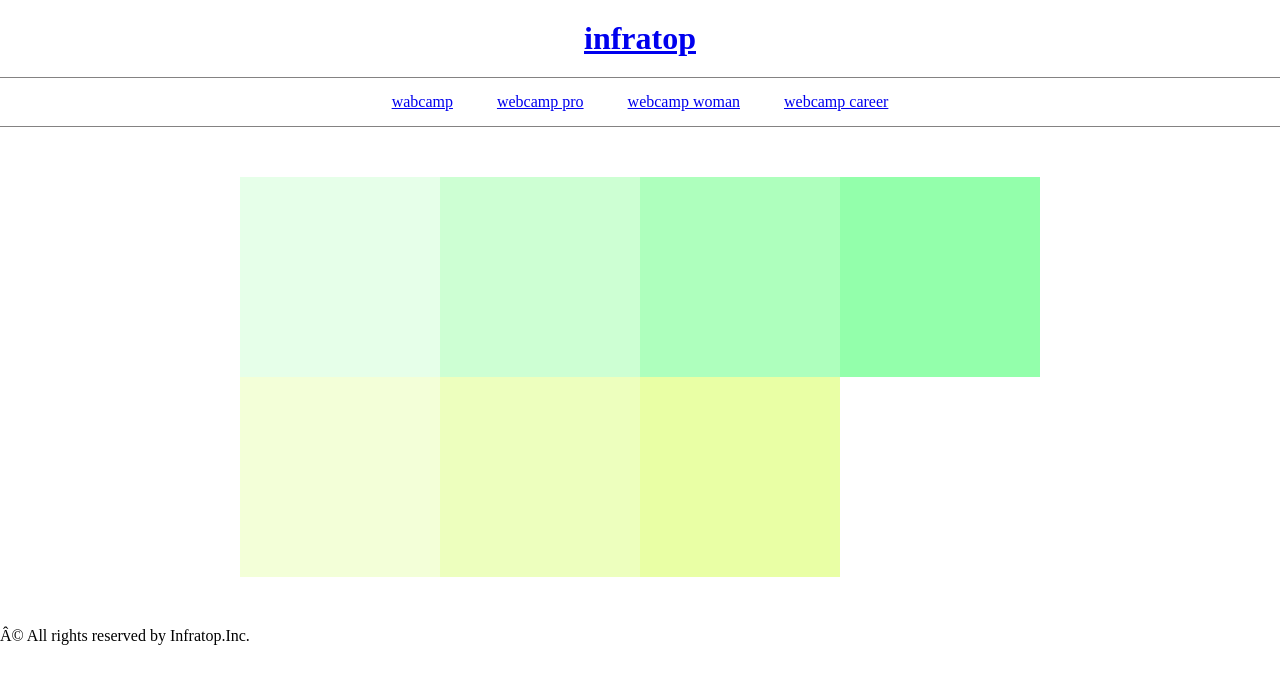
Repository: dsjanainoyo/html
Page: capter5.exercise/capter5.exercise.html
The author's editor kept a record of every edit. The page is drawn from the files as they stood at one moment, then again after the next edit.
The browser window is 1280 px wide. The pictures show the whole page.

Above is the page before.

### capter5.exercise/capter5.exercise.html
<!DOCTYPE html>
<html lang="ja">
  <head>
    <meta charset="UTF=8">
    <link rel="stylesheet" href="capter5.exercise.css">
    <title>CAPTER5</title>
  </head>

  <body>
    <header>
      <h1>
        <a href="capter5.exercise.html">
          infratop
        </a>
      </h1>
      </header>
    <nav>
      <ul class="nav-list">
        <li class="nav-list-item">
          <a href="capter5.exercise.htm">
          wabcamp
          </a>
        </li>
         <li class="nav-list-item">
         <a href="capter5.exercise.htm">
          webcamp pro
          </a>
        </li>
         <li class="nav-list-item">
          <a href="capter5.exercise.htm">
          webcamp woman
          </a>
          </li>
         <li class="nav-list-item">
          <a href="capter5.exercise.htm">
          webcamp career
          </a>
        </li>
     </ul>
    </nav>


    <main>
      <div class="box1"></div>
      <div class="box2"></div>
      <div class="box3"></div>
      <div class="box4"></div>
      <div class="box5"></div>
      <div class="box6"></div>
      <div class="box7"></div>
      <div class="box8"></div>
      <div class="box9"></div>
      <div class="box10"></div>
      <div class="box11"></div>
      <div class="box12"></div>
    </main>

    <footer>
      <div="footer-text">
        © All rights reserved by Infratop.Inc.
      </div>
    </footer>
  </body>

### capter5.exercise/capter5.exercise.css
*{
  margin:0;
  padding:0;
  box-sizing:border-box;
}

header{
  width:100%;
  margin:20px 0;
  text-align:center;
}

.nav-list{
  margin:0 auto;
  padding:15px 0;
  text-align:center;
  border-top:1px solid #848282;
  border-bottom:1px solid #848282;
}

.nav-list-item{
  list-style:none;
  margin:0 20px;
  display:inline-block;

}

main{
  width:800px;
  margin:50px auto;
  display:flex;
  flex-wrap:wrap;
}

.box1{
  width:200px;
  height:200px;
  background-color:#e6ffe9;
}

.box2{
  width:200px;
  height:200px;
  background-color:#cdffd3;
}

.box3{
  width:200px;
  height:200px;
  background-color:#aeffbd;
}

.box4{
  width:200px;
  height:200px;
  background-color:#93ffab;
}

.box5{
  width:200px;
  height:200px;
  background-color:#f3ffd8;
}

.box6{
  width:200px;
  height:200px;
  background-color:#edffbe;
}

.box7{
  width:200px;
  height:200px;
  background-color:#e9ffa5;
}

.box8{
  width:200px;
  height:200px;
  background-color:;
}

.box1{
  width:200px;
  height:200px;
  background-color:;
}

.box1{
  width:200px;
  height:200px;
  background-color:;
}

.box1{
  width:200px;
  height:200px;
  background-color:;
}

.box1{
  width:200px;
  height:200px;
  background-color:;
}

After the next edit:
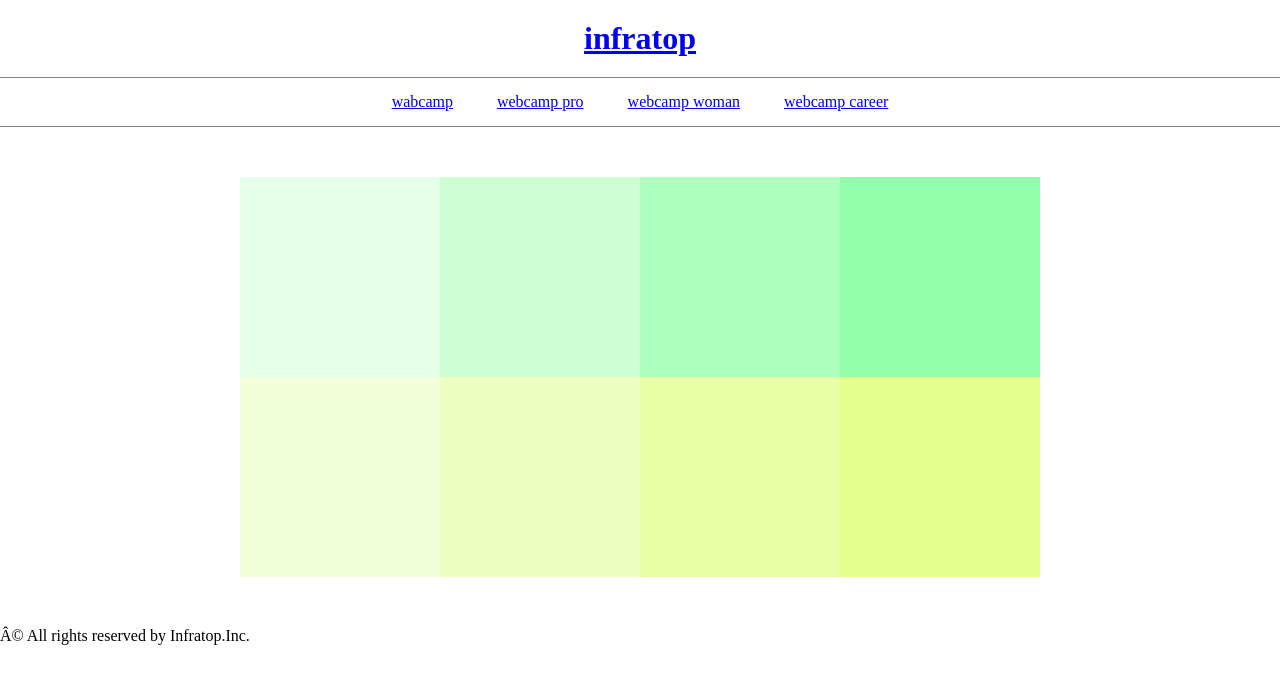
The edit:
--- a/capter5.exercise/capter5.exercise.css
+++ b/capter5.exercise/capter5.exercise.css
@@ -77,7 +77,7 @@
 .box8{
   width:200px;
   height:200px;
-  background-color:;
+  background-color:#e4ff8d;
 }
 
 .box1{
